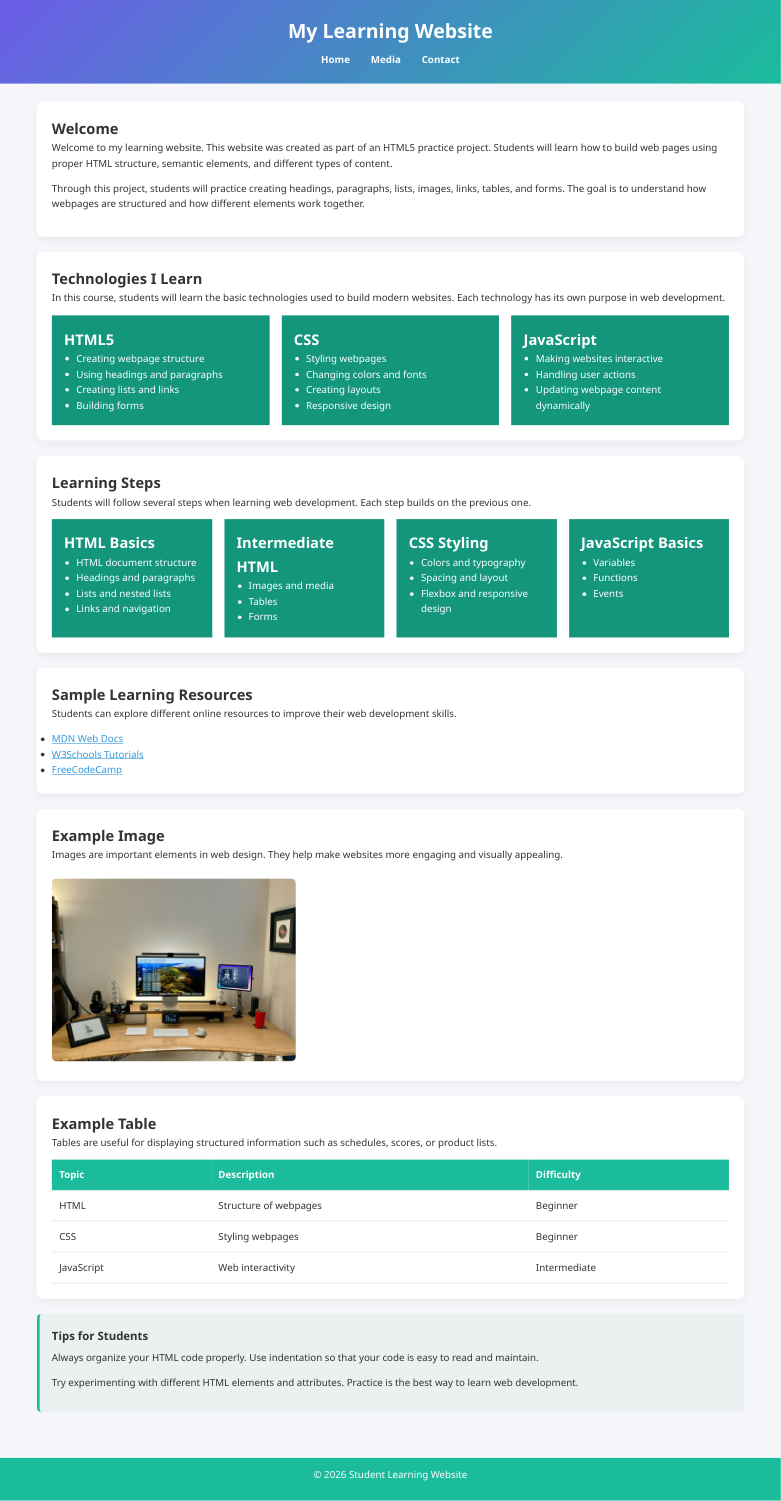
Repository: Than-sothearak/web_client_programing
Page: Week_03/index.html
An editor plug-in stored every save of this project. The page is shown before and after the next save, followed by the edit.
The browser window is 1280 px wide. The pictures show the whole page, at 61% of full size.

Above is the page before, as saved 2026-03-24 21:30:13.

After the next save:
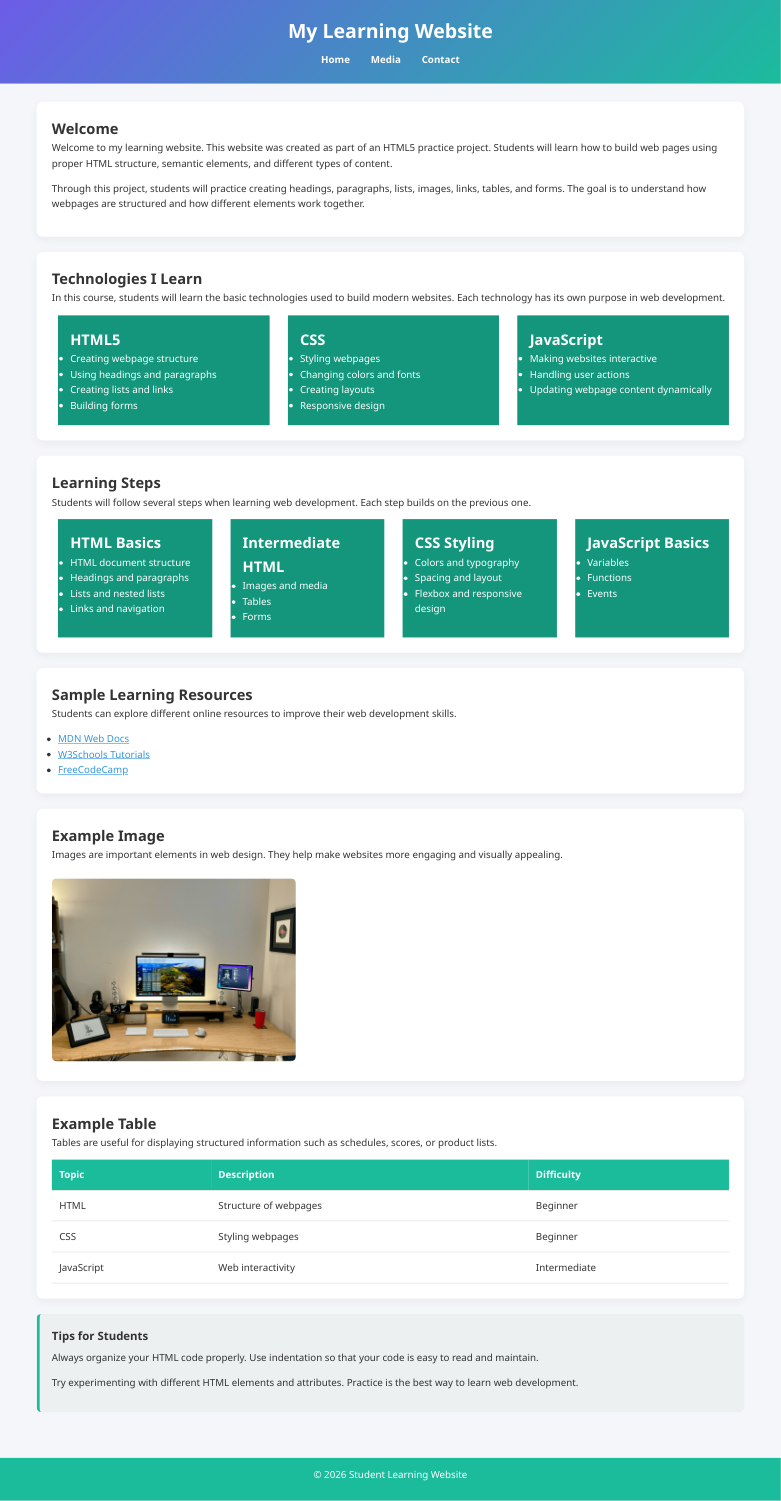
Saved 18 s later.
--- a/Week_03/styles.css
+++ b/Week_03/styles.css
@@ -100,10 +100,10 @@ p {
   background-color: #13967c;
 }
 .card li {
-  margin-left: 20px;
+  margin-left: 0px;
 }
 li {
-  margin-left: 0px;
+  margin-left: 10px;
   list-style:disc;
 }
 
